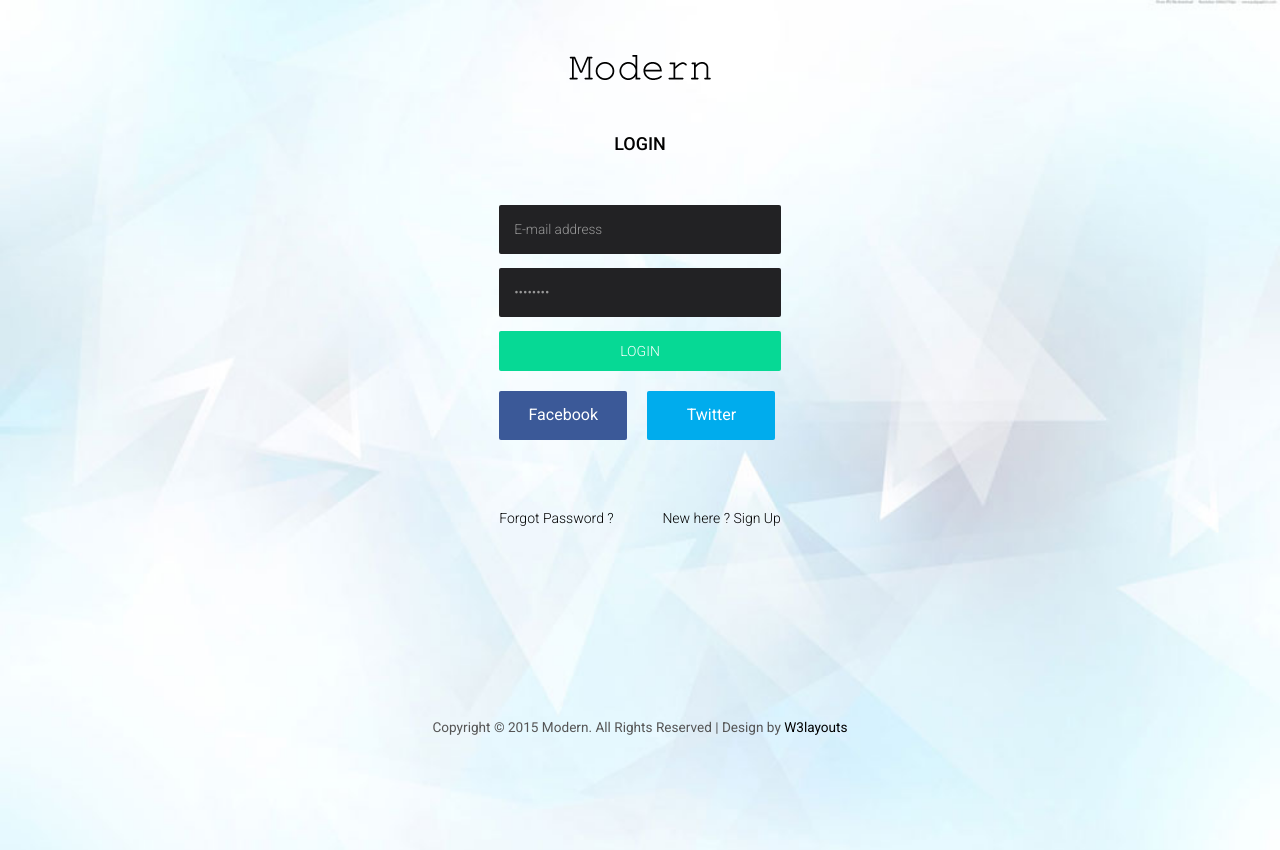
Repository: NomanMustafa/laravel-blog
Page: http://localhost/login
An editor plug-in stored every save of this project. The page is shown before and after the next save, followed by the edit.
The browser window is 1280 px wide. The pictures show the whole page.
The page is served by the project's Laravel application, run on PHP 8.4 with Laravel 8.

Above is the page before, as saved 2020-07-04 22:59:14.

After the next save:
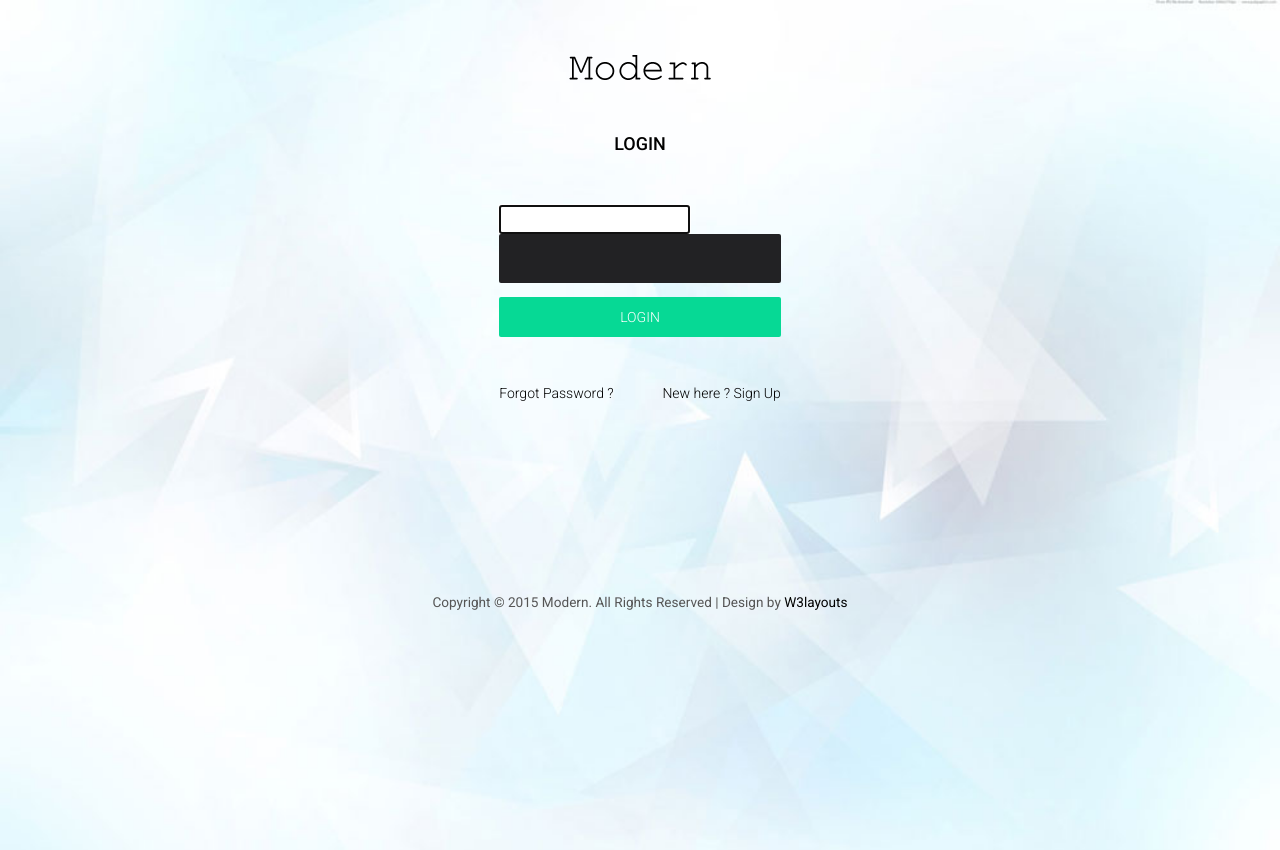
Saved 4 min 17 s later.
--- a/resources/views/auth/login.blade.php
+++ b/resources/views/auth/login.blade.php
@@ -1,53 +1,70 @@
 <!DOCTYPE HTML>
 <html>
 <head>
-<title>Modern an Admin Panel Category Flat Bootstarp Resposive Website Template | Login :: w3layouts</title>
-<meta name="viewport" content="width=device-width, initial-scale=1">
-<meta http-equiv="Content-Type" content="text/html; charset=utf-8" />
-<meta name="keywords" content="Modern Responsive web template, Bootstrap Web Templates, Flat Web Templates, Andriod Compatible web template,
+    <title>Modern an Admin Panel Category Flat Bootstarp Resposive Website Template | Login :: w3layouts</title>
+    <meta name="viewport" content="width=device-width, initial-scale=1">
+    <meta http-equiv="Content-Type" content="text/html; charset=utf-8" />
+    <meta name="keywords" content="Modern Responsive web template, Bootstrap Web Templates, Flat Web Templates, Andriod Compatible web template,
 Smartphone Compatible web template, free webdesigns for Nokia, Samsung, LG, SonyErricsson, Motorola web design" />
-<script type="application/x-javascript"> addEventListener("load", function() { setTimeout(hideURLbar, 0); }, false); function hideURLbar(){ window.scrollTo(0,1); } </script>
- <!-- Bootstrap Core CSS -->
-<link href="{{ asset('admin/assets/css/bootstrap.min.css') }}" rel='stylesheet' type='text/css' />
-<!-- Custom CSS -->
-<link href="{{ asset('admin/assets/css/style.css') }}" rel='stylesheet' type='text/css' />
-<link href="{{ asset('admin/assets/css/font-awesome.css') }}" rel="stylesheet">
-<!-- jQuery -->
-<script src="{{ asset('admin/assets/js/jquery.min.js') }}"></script>
-<!----webfonts--->
-<link href='http://fonts.googleapis.com/css?family=Roboto:400,100,300,500,700,900' rel='stylesheet' type='text/css'>
-<!---//webfonts--->
-<!-- Bootstrap Core JavaScript -->
-<script src="{{ asset('admin/assets/js/bootstrap.min.js') }}"></script>
+    <script type="application/x-javascript">
+        addEventListener("load", function() {
+            setTimeout(hideURLbar, 0);
+        }, false);
+
+        function hideURLbar() {
+            window.scrollTo(0, 1);
+        }
+
+    </script>
+    <!-- Bootstrap Core CSS -->
+    <link href="{{ asset('admin/assets/css/bootstrap.min.css') }}" rel='stylesheet' type='text/css' />
+    <!-- Custom CSS -->
+    <link href="{{ asset('admin/assets/css/style.css') }}" rel='stylesheet' type='text/css' />
+    <link href="{{ asset('admin/assets/css/font-awesome.css') }}" rel="stylesheet">
+    <!-- jQuery -->
+    <script src="{{ asset('admin/assets/js/jquery.min.js') }}"></script>
+    <!----webfonts--->
+    <link href='http://fonts.googleapis.com/css?family=Roboto:400,100,300,500,700,900' rel='stylesheet' type='text/css'>
+    <!---//webfonts--->
+    <!-- Bootstrap Core JavaScript -->
+    <script src="{{ asset('admin/assets/js/bootstrap.min.js') }}"></script>
 </head>
 <body id="login">
-  <div class="login-logo">
-    <a href="index.html"><img src="{{ asset('admin/assets/images/logo.png') }}" alt=""/></a>
-  </div>
-  <h2 class="form-heading">login</h2>
-  <div class="app-cam">
-	  <form>
-		<input type="text" class="text" value="E-mail address" onfocus="this.value = '';" onblur="if (this.value == '') {this.value = 'E-mail address';}">
-		<input type="password" value="Password" onfocus="this.value = '';" onblur="if (this.value == '') {this.value = 'Password';}">
-		<div class="submit"><input type="submit" onclick="myFunction()" value="Login"></div>
-		<div class="login-social-link">
-          <a href="index.html" class="facebook">
-              Facebook
-          </a>
-          <a href="index.html" class="twitter">
-              Twitter
-          </a>
-        </div>
-		<ul class="new">
-			<li class="new_left"><p><a href="#">Forgot Password ?</a></p></li>
-			<li class="new_right"><p class="sign">New here ?<a href="register.html"> Sign Up</a></p></li>
-			<div class="clearfix"></div>
-		</ul>
-	</form>
-  </div>
-   <div class="copy_layout login">
-      <p>Copyright &copy; 2015 Modern. All Rights Reserved | Design by <a href="http://w3layouts.com/" target="_blank">W3layouts</a> </p>
-   </div>
+    <div class="login-logo">
+        <a href="index.html"><img src="{{ asset('admin/assets/images/logo.png') }}" alt="" /></a>
+    </div>
+    <h2 class="form-heading">login</h2>
+    <div class="app-cam">
+        <form method="POST" action="{{ route('login') }}">
+            @csrf
+            <input type="email" class="text" @error('email') is-invalid @enderror" name="email" value="{{ old('email') }}" required autocomplete="email" autofocus>
+            @error('email')
+            <span class="invalid-feedback" role="alert">
+                <strong>{{ $message }}</strong>
+            </span>
+            @enderror
+            @error('password')
+            <span class="invalid-feedback" role="alert">
+                <strong>{{ $message }}</strong>
+            </span>
+            @enderror
+            <input type="password" @error('password') is-invalid @enderror" name="password" required autocomplete="current-password">
+            <div class="submit"><input type="submit" onclick="myFunction()" value="Login"></div>
+
+            <ul class="new">
+                <li class="new_left">
+                    <p><a href="#">Forgot Password ?</a></p>
+                </li>
+                <li class="new_right">
+                    <p class="sign">New here ?<a href="register.html"> Sign Up</a></p>
+                </li>
+                <div class="clearfix"></div>
+            </ul>
+        </form>
+    </div>
+    <div class="copy_layout login">
+        <p>Copyright &copy; 2015 Modern. All Rights Reserved | Design by <a href="http://w3layouts.com/" target="_blank">W3layouts</a> </p>
+    </div>
 </body>
 </html>
 <!--
